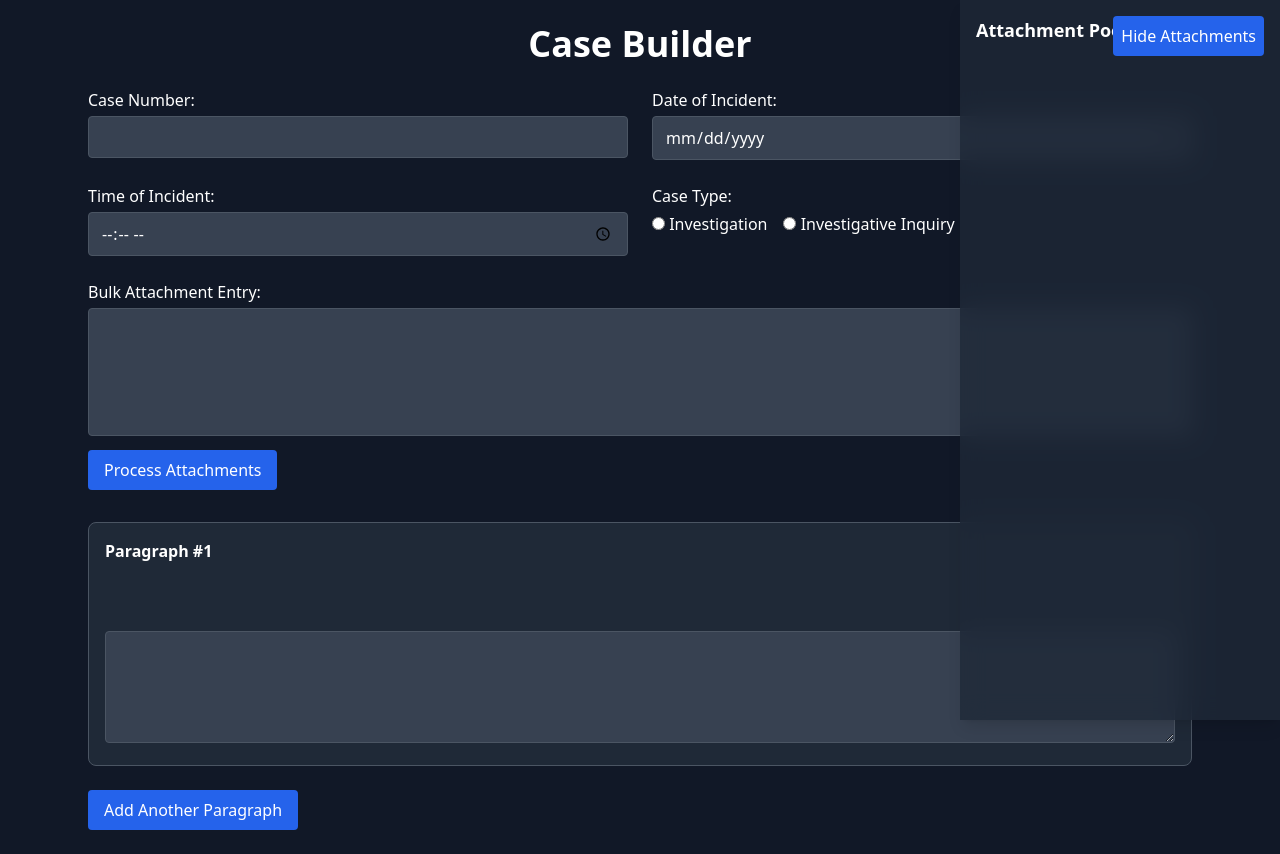
Repository: GettinLudes/CaseBuilder
Page: /
These files come from the project's save history. The page is drawn as it stood at one moment and after the next save; the edit follows.
The browser window is 1280 px wide. The pictures show the whole page.
The project was rebuilt for these pictures with package versions that can differ from the ones it lists, and the page was loaded fresh each time. Also part of the build but not shown: svelte.config.js, vite.config.js.

Above is the page before, as saved 2025-04-11 13:37:41.

### index.html
<!DOCTYPE html>
<html lang="en">
	<head>
		<meta charset="UTF-8" />
		<meta name="viewport" content="width=device-width, initial-scale=1.0" />
		<title>Case Report Builder</title>
	</head>
	<body class="bg-gray-900 text-white">
		<div id="app"></div>
		<script type="module" src="/src/main.js"></script>
	</body>
</html>

### src/App.svelte
<script>
	import { onMount, tick } from 'svelte';
	import gsap from 'gsap';
	import Sortable from 'sortablejs';

	let caseNumber = '';
	let incidentDate = '';
	let incidentTime = '';
	let caseType = '';
	let reportableEmail = 'no';
	let bulkAttachmentInput = '';

	let allAttachments = [];
	let paragraphs = [{ content: '', attachments: [], typeOptions: [] }];
	let showDrawer = true;

	function resizeTextarea(e) {
		e.target.style.height = 'auto';
		e.target.style.height = e.target.scrollHeight + 'px';
	}

	function processBulkAttachments() {
		const lines = bulkAttachmentInput.split('\n').map(line => line.trim()).filter(Boolean);
		allAttachments = lines.map((raw, i) => {
			const [type, name, date] = raw.split(',').map(part => part.trim());
			return {
				id: crypto.randomUUID(),
				index: i,
				raw,
				type: type || 'Unknown',
				name: name || 'UNKNOWN',
				date: date || 'UNKNOWN DATE',
				text: raw
			};
		});
		initDragDrop();
	}

	async function addParagraph() {
		paragraphs = [...paragraphs, { content: '', attachments: [], typeOptions: [] }];
		await tick();
		const last = document.querySelectorAll('.paragraph-block');
		const el = last[last.length - 1];
		gsap.fromTo(el, { opacity: 0, y: 50 }, { opacity: 1, y: 0, duration: 0.4 });
	}

	function deleteParagraph(index) {
		if (index === 0) return;
		paragraphs.splice(index, 1);
	}

	function removeAttachment(pIndex, attId) {
		paragraphs[pIndex].attachments = paragraphs[pIndex].attachments.filter(a => a.id !== attId);
	}

	function dropAttachment(index, id) {
		const att = allAttachments.find(a => a.id === id);
		if (!att || index === 0) return;
		paragraphs[index].attachments.push(att);
		triggerDynamicOptions(index, att);
	}

	function triggerDynamicOptions(index, att) {
		if (!paragraphs[index].typeOptions) paragraphs[index].typeOptions = [];
		const options = [];

		if (att.text.toLowerCase().includes('incident report')) {
			options.push('incidentType');
		} else if (att.text.toLowerCase().includes('living unit history')) {
			options.push('livingUnit');
		} else if (att.text.toLowerCase().includes('dvd')) {
			const photo = allAttachments.find(a => a.text.toLowerCase().includes('photographs'));
			if (photo) paragraphs[index].attachments.push(photo);
			options.push('dvd');
		} else if (att.text.toLowerCase().includes('outpatient progress')) {
			options.push('oopn');
		}
		paragraphs[index].typeOptions.push(...options);
	}

	function initDragDrop() {
		setTimeout(() => {
			document.querySelectorAll('[data-paragraph-index]').forEach((el, idx) => {
				Sortable.create(el, {
					group: 'attachments',
					animation: 150,
					onAdd: evt => {
  const id = evt.item.dataset.id;
  const toPara = evt.to.closest('.paragraph-block');
  const paraIndex = Array.from(document.querySelectorAll('.paragraph-block')).indexOf(toPara);

  if (paraIndex === 0) {
    evt.from.appendChild(evt.item);
    evt.item.title = 'Chill out Becky';
    return;
  }

  dropAttachment(paraIndex, id);
}

				});
			});

			const pool = document.getElementById('attachmentPool');
			if (pool) {
				Sortable.create(pool, {
					group: 'attachments',
					animation: 150,
					sort: false,
				});
			}
		}, 0);
	}

	onMount(initDragDrop);
</script>

<main class="p-6 text-white bg-gray-900 min-h-screen max-w-6xl mx-auto">
	<h1 class="text-4xl font-bold mb-6 text-center">Case Builder</h1>

	<!-- Form Inputs -->
	<div class="mb-6 grid grid-cols-2 gap-6">
		<div>
			<label class="block mb-1">Case Number:</label>
			<input bind:value={caseNumber} class="input-field" />
		</div>
		<div>
			<label class="block mb-1">Date of Incident:</label>
			<input type="date" bind:value={incidentDate} class="input-field" />
		</div>
		<div>
			<label class="block mb-1">Time of Incident:</label>
			<input type="time" bind:value={incidentTime} class="input-field" />
		</div>
		<div>
			<label class="block mb-1">Case Type:</label>
			<div class="flex gap-4">
				<label><input type="radio" bind:group={caseType} value="Investigation" /> Investigation</label>
				<label><input type="radio" bind:group={caseType} value="Investigative Inquiry" /> Investigative Inquiry</label>
			</div>
		</div>
	</div>

	<!-- Bulk Attachment Input -->
	<div class="mb-6">
		<label class="block mb-1">Bulk Attachment Entry:</label>
		<textarea bind:value={bulkAttachmentInput} on:input={resizeTextarea} class="input-field h-32"></textarea>
		<button class="button mt-2" on:click={processBulkAttachments}>Process Attachments</button>
	</div>

	<!-- Toggle Drawer -->
	<button class="fixed right-4 top-4 z-50 bg-blue-600 text-white p-2 rounded" on:click={() => showDrawer = !showDrawer}>
		{showDrawer ? 'Hide' : 'Show'} Attachments
	</button>

	<!-- Drawer for Attachment Pool -->
	<div class={`fixed top-0 right-0 h-full bg-gray-800/80 backdrop-blur-md p-4 shadow-lg transition-transform transform ${showDrawer ? 'translate-x-0' : 'translate-x-full'} w-80 overflow-y-auto z-40`}>

		<h2 class="text-lg font-semibold mb-2">Attachment Pool</h2>
		<ul id="attachmentPool" class="drag-and-drop__items text-xs">
			{#each allAttachments as att, i (att.id)}
				<li class="drag-and-drop__item" data-id={att.id}>{i + 1}. {att.text || att.raw}</li>
			{/each}
		</ul>
	</div>

	<!-- Paragraphs -->
	<div class="space-y-6 mt-8">
		{#each paragraphs as para, index (index)}
			<div class="paragraph-block bg-gray-800 p-4 rounded-lg border border-gray-600">
				<h2 class="font-semibold mb-2">Paragraph #{index + 1}</h2>
				<ul class="drag-and-drop__items" data-paragraph-index>
					{#each para.attachments as att, aIndex (att.id + '-' + aIndex)}
						<li class="drag-and-drop__item bg-gray-700">
							📎 {att.text || att.raw}
							<button class="ml-2 text-red-400 hover:text-red-600" on:click={() => removeAttachment(index, att.id)}>Remove</button>
						</li>
					{/each}
				</ul>

				{#each para.typeOptions as opt}
					{#if opt === 'incidentType'}
						<select class="input-field mt-3">
							<option>Select Incident Report Type</option>
							<option value="full">Full transcribed email</option>
							<option value="consistent">Consistent Statement 434</option>
							<option value="refusal">Interview Refusal 434</option>
							<option value="grouped">Grouped Incident Reports</option>
						</select>
					{/if}
					{#if opt === 'livingUnit'}
						<input class="input-field mt-3" placeholder="Enter Cell" />
					{/if}
					{#if opt === 'oopn'}
						<p class="text-xs mt-2">OOPN placeholder auto-text</p>
					{/if}
					{#if opt === 'dvd'}
						<p class="text-xs mt-2">DVD & Photo placeholder auto-text</p>
					{/if}
				{/each}

				<textarea bind:value={para.content} class="input-field mt-3 h-28"></textarea>
				{#if index !== 0}
					<button class="text-sm text-red-400 hover:text-red-600 mt-2" on:click={() => deleteParagraph(index)}>🗑️ Delete</button>
				{/if}
			</div>
		{/each}
	</div>

	<button class="button mt-6" on:click={addParagraph}>Add Another Paragraph</button>
</main>

<style lang="postcss">
	.input-field {
		@apply w-full px-3 py-2 bg-gray-700 text-white border border-gray-600 rounded;
	}
	.button {
		@apply px-4 py-2 bg-blue-600 hover:bg-blue-700 rounded text-white;
	}
	.drag-and-drop__items {
		@apply flex flex-col gap-2 min-h-[3rem];
	}
	.drag-and-drop__item {
		@apply px-3 py-1 bg-gray-700 border border-gray-500 rounded text-sm cursor-move;
	}
</style>

### tailwind.config.cjs
// tailwind.config.cjs
module.exports = {
	content: ["./src/**/*.{html,js,svelte,ts}"],
	theme: {
		extend: {},
	},
	plugins: [],
};

Loaded but not shown: src/main.js (common file); src/app.css (common file)

After the next save:
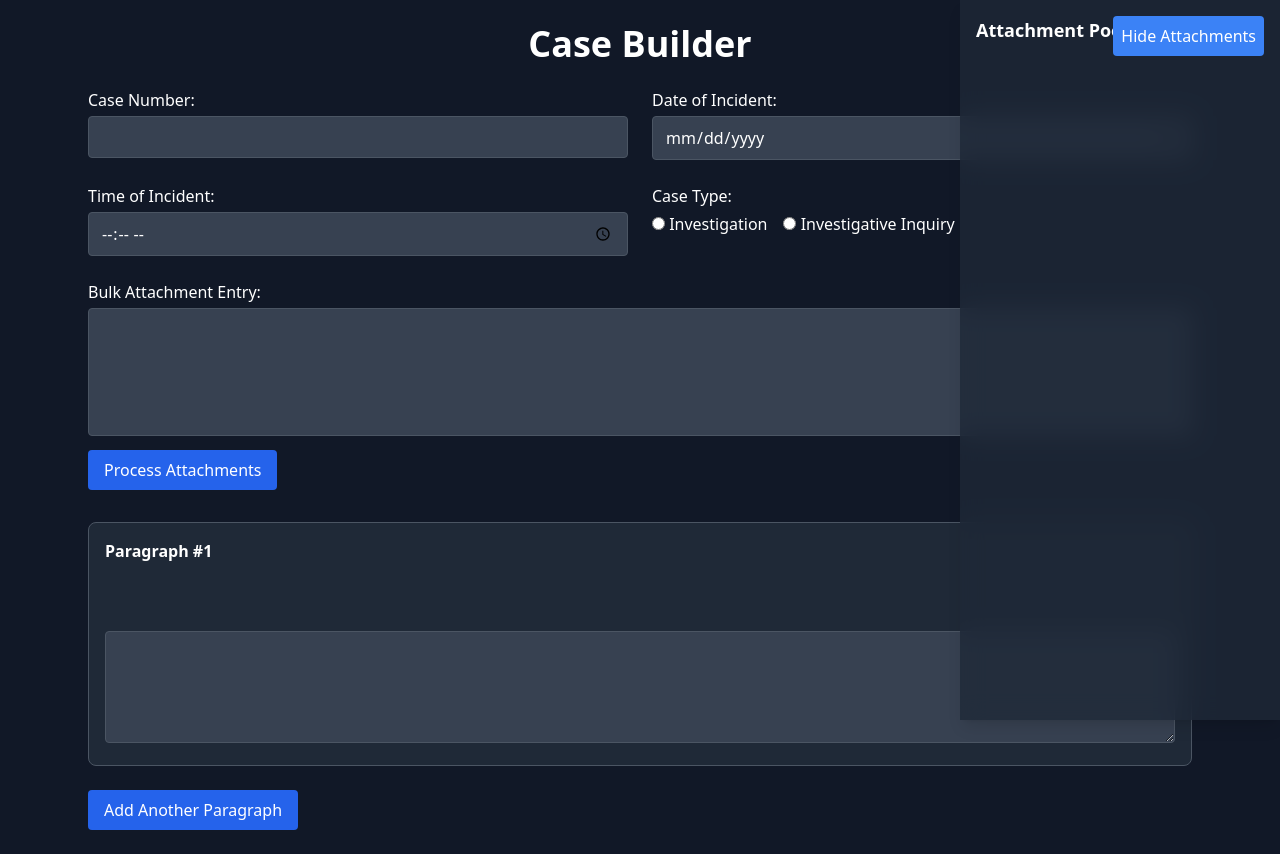
Saved 3 min 32 s later.
--- a/src/App.svelte
+++ b/src/App.svelte
@@ -149,7 +149,7 @@
 	</div>
 
 	<!-- Toggle Drawer -->
-	<button class="fixed right-4 top-4 z-50 bg-blue-600 text-white p-2 rounded" on:click={() => showDrawer = !showDrawer}>
+	<button class="fixed right-4 top-4 z-50 bg-blue-500 text-white p-2 rounded" on:click={() => showDrawer = !showDrawer}>
 		{showDrawer ? 'Hide' : 'Show'} Attachments
 	</button>
 
